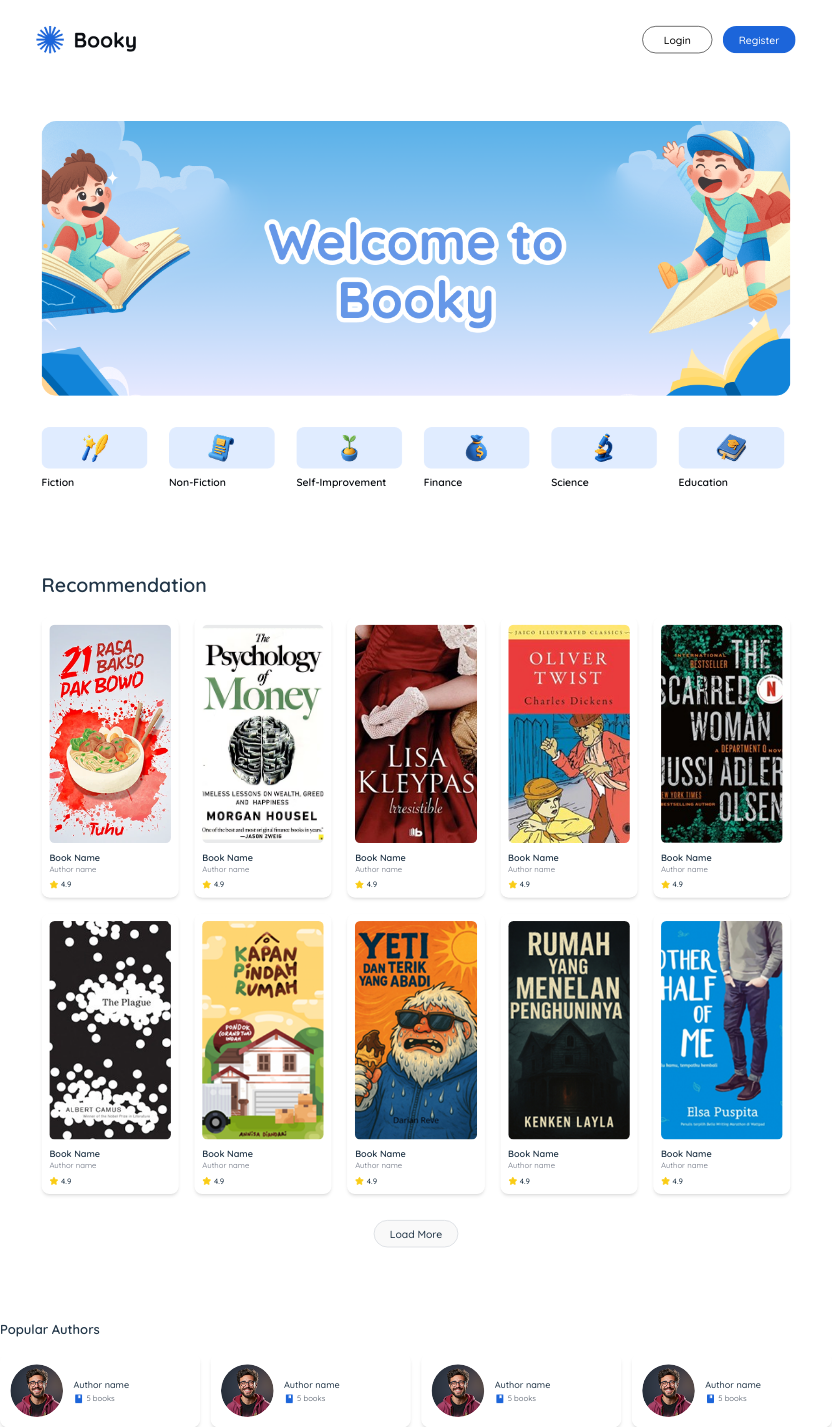
Repository: faridsyafaat/library-app
Page: /
These files come from the project's save history. The page is drawn as it stood at one moment and after the next save; the edit follows.
The browser window is 1280 px wide. The pictures show the whole page, at 65% of full size.
The project was rebuilt for these pictures with package versions that can differ from the ones it lists, and the page was loaded fresh each time. Also part of the build but not shown: vite.config.ts, src/pages/Login.tsx, src/pages/Register.tsx.

Above is the page before, as saved 2025-11-24 21:09:34.

### index.html
<!doctype html>
<html lang="en">
  <head>
    <meta charset="UTF-8" />
    <link rel="icon" type="image/svg+xml" href="/vite.svg" />
    <meta name="viewport" content="width=device-width, initial-scale=1.0" />
    <title>library-app</title>
  </head>
  <body>
    <div id="root"></div>
    <script type="module" src="/src/main.tsx"></script>
  </body>
</html>

### src/index.css
@import url('https://fonts.googleapis.com/css2?family=Quicksand:wght@300;400;500;600;700&display=swap');
@tailwind base;
@tailwind components;
@tailwind utilities;

:root {
  font-family: system-ui, Avenir, Helvetica, Arial, sans-serif;
  line-height: 1.5;
  font-weight: 400;
  font-synthesis: none;
  text-rendering: optimizeLegibility;
  -webkit-font-smoothing: antialiased;
  -moz-osx-font-smoothing: grayscale;
}

a {
  font-weight: 500;
  color: #646cff;
  text-decoration: inherit;
}
a:hover {
  color: #535bf2;
}

body {
  margin: 0;
  min-height: 100vh;
  }

h1 {
  font-size: 3.2em;
  line-height: 1.1;
}

button {
  border-radius: 8px;
  border: 1px solid transparent;
  padding: 0.6em 1.2em;
  font-size: 1em;
  font-weight: 500;
  font-family: inherit;
  background-color: #1a1a1a;
  cursor: pointer;
  transition: border-color 0.25s;
}
button:hover {
  border-color: #646cff;
}
button:focus,
button:focus-visible {
  outline: 4px auto -webkit-focus-ring-color;
}

@media (prefers-color-scheme: light) {
  :root {
    color: #213547;
    background-color: #ffffff;
  }
  a:hover {
    color: #747bff;
  }
  button {
    background-color: #f9f9f9;
  }
}

.container-custom {
  max-width: 1200px;
  margin-left: auto;
  margin-right: auto;
  padding-left: 1rem;
  padding-right: 1rem;
}

@layer base {
  body {
    @apply font-quicksand;
  }
}

### src/App.tsx
import { BrowserRouter as Router, Routes, Route, } from "react-router-dom";
import HomeBefore from "./pages/HomeBefore";
import Login from "./pages/Login";
import Register from "./pages/Register";


function App() {


  return (
    <Router>
      <Routes>
        <Route path="/" element={<HomeBefore />} />
        <Route path="/login" element={<Login />} />
        <Route path="/register" element={<Register />} />

      </Routes>
    </Router>
  );
}

export default App;

### src/pages/HomeBefore.tsx
import NavbarBefore from "@/components/layout/NavbarBefore";
import HeroSection from "@/components/sections/HeroSection";
import RecommendationSection from "@/components/sections/RecommendationSection";
import AuthorsSection from "@/components/sections/AuthorsSection";

export default function HomeBefore() {
  return (
    <div>
      <NavbarBefore />
      <HeroSection />
      <RecommendationSection />
      <AuthorsSection />

    </div>
  );
}

### src/components/layout/NavbarBefore.tsx
import Button from "@/components/ui/Button";
import { useNavigate } from "react-router-dom";

export default function NavbarBefore() {
  const navigate = useNavigate();

  return (
    <nav className="sticky top-0 z-50 bg-white">
      <div className="container mx-auto flex justify-between items-center py-10 px-4">
        {/* Logo */}
        <div className="flex items-left gap-2">
          <img src="/icon/booky.png" alt="Booky Logo" className="w-[155px] h-[42px]" />
        </div>

        {/* Buttons */}
        <div className="flex gap-4">
          <Button
            variant="outline"
            className="bg-white text-black border border-neutral-800 px-8 py-2"
            onClick={() => navigate("/login")}
          >
            Login
          </Button>
          <Button
            variant="default"
            className="px-10 py-2"
            onClick={() => navigate("/register")}
          >
            Register
          </Button>
        </div> {/* Tutup div buttons */}
      </div> {/* Tutup div container */}
    </nav>
  );
}

### src/components/sections/HeroSection.tsx

const bookCategories = [
  { name: "Fiction", img: "/image/hero1.png" },
  { name: "Non-Fiction", img: "/image/hero2.png" },
  { name: "Self-Improvement", img: "/image/hero3.png" },
  { name: "Finance", img: "/image/hero4.png" },
  { name: "Science", img: "/image/hero5.png" },
  { name: "Education", img: "/image/hero6.png" },
];

export default function HeroSection() {
  return (
    <section className="bg-white py-16">
      <div className="container mx-auto px-6">
        {/* Hero Image */}
        <div className="w-full">
          <img
            src="/image/herosection.png"
            alt="Hero Background"
            className="w-full h-auto rounded-xl"
          />
        </div>

        {/* Jenis Buku */}
       <div className="mt-12 grid grid-cols-3 sm:grid-cols-3 md:grid-cols-6 gap-6">
  {bookCategories.map((book) => (
    <div
      key={book.name}
      className="flex flex-col items-start cursor-pointer hover:scale-105 transition-transform"
    >
      <img
        src={book.img}
        alt={book.name}
        className="w-[162.67px] h-[64px] object-cover rounded-lg mb-2"
      />
      <span className="text-[#0A0D12] font-semibold">{book.name}</span>
    </div>
  ))}
</div>

      </div>
    </section>
  );
}

### src/components/sections/RecommendationSection.tsx
import { Star } from "lucide-react";

const books = [
  {
    title: "Book Name",
    author: "Author name",
    rating: 4.9,
    img: "/image/book1.png",
  },
  {
    title: "Book Name",
    author: "Author name",
    rating: 4.9,
    img: "/image/book2.png",
  },
  {
    title: "Book Name",
    author: "Author name",
    rating: 4.9,
    img: "/image/book3.png",
  },
  {
    title: "Book Name",
    author: "Author name",
    rating: 4.9,
    img: "/image/book4.png",
  },
  {
    title: "Book Name",
    author: "Author name",
    rating: 4.9,
    img: "/image/book5.png",
  },
  {
    title: "Book Name",
    author: "Author name",
    rating: 4.9,
    img: "/image/book6.png",
  },
  {
    title: "Book Name",
    author: "Author name",
    rating: 4.9,
    img: "/image/book7.png",
  },
  {
    title: "Book Name",
    author: "Author name",
    rating: 4.9,
    img: "/image/book8.png",
  },
  {
    title: "Book Name",
    author: "Author name",
    rating: 4.9,
    img: "/image/book9.png",
  },
  {
    title: "Book Name",
    author: "Author name",
    rating: 4.9,
    img: "/image/book10.png",
  },
];

export default function RecommendationSection() {
  return (
    <section className="py-16 bg-white">
      <div className="container mx-auto px-6">

        {/* Title */}
        <h2 className="text-3xl font-semibold mb-8">Recommendation</h2>

        {/* Grid Books */}
        <div className="grid grid-cols-2 sm:grid-cols-3 md:grid-cols-5 gap-6">
          {books.map((book, index) => (
            <div
              key={index}
              className="bg-white shadow-md rounded-xl p-3 cursor-pointer hover:scale-105 transition-transform"
            >
              <img
                src={book.img}
                alt={book.title}
                className="h-[336px] w-[224] object-cover rounded-lg"
              />

              <h3 className="mt-3 text-sm font-semibold">{book.title}</h3>
              <p className="text-xs text-gray-500">{book.author}</p>

              <div className="flex items-center gap-1 mt-2">
                <Star size={14} fill="#FACC15" color="#FACC15" />
                <span className="text-xs font-medium">{book.rating}</span>
              </div>
            </div>
          ))}
        </div>

        {/* Load More Button */}
        <div className="flex justify-center mt-10">
          <button className="px-6 py-2 rounded-full border border-gray-300 hover:bg-gray-100 transition">
            Load More
          </button>
        </div>
      </div>
    </section>
  );
}

### src/components/sections/AuthorsSection.tsx
const authors = [
  {
    id: 1,
    name: "Author name",
    books: "5 books",
    image: "/image/author.png",
  },
  {
    id: 2,
    name: "Author name",
    books: "5 books",
    image: "/image/author.png",
  },
  {
    id: 3,
    name: "Author name",
    books: "5 books",
    image: "/image/author.png",
  },
  {
    id: 4,
    name: "Author name",
    books: "5 books",
    image: "/image/author.png",
  },
];

export default function AuthorsSection() {
  return (
    <section className="mt-12">
      <h2 className="text-xl font-semibold mb-6">Popular Authors</h2>

      <div className="grid grid-cols-1 gap-4 md:grid-cols-2 lg:grid-cols-4">
        {authors.map((author) => (
          <div
            key={author.id}
            className="shadow-md rounded-xl p-4 flex items-center gap-4"
          >
            {/* FOTO AUTHOR */}
            <img
              src={author.image}
              alt={author.name}
              className="w-[81px] h-[81px] rounded-full object-cover"
            />

            {/* TEKS */}
            <div>
              <p className="font-medium text-sm">{author.name}</p>

              {/* ICON BUKU + JUMLAH */}
              <div className="flex items-center gap-1 mt-1 text-gray-600">
                <img
                  src="/image/book.png"
                  alt="book icon"
                  className="w-4 h-4 object-contain"
                />
                <span className="text-xs">{author.books}</span>
              </div>
            </div>
          </div>
        ))}
      </div>
    </section>
  );
}

### src/components/ui/Button.tsx
import React from "react";
import clsx from "clsx";

interface ButtonProps extends React.ButtonHTMLAttributes<HTMLButtonElement> {
  variant?: "default" | "outline" | "short";
  size?: "sm" | "md" | "lg";
}

const Button: React.FC<ButtonProps> = ({
  variant = "default",
  className,
  children,
  ...props
}) => {
  const baseStyle = "inline-flex items-center justify-center font-medium focus:outline-none rounded-full disabled:opacity-50 disabled:pointer-events-none";

  const variants: Record<string, string> = {
    default: "bg-[#1C65DA] text-white px-6 py-2 hover:bg-blue-600",
    outline: "border border-gray-800 text-black bg-white px-6 py-2 hover:bg-gray-100",
    short: "px-4 py-2 rounded-md text-sm",
  };

  return (
    <button className={clsx(baseStyle, variants[variant], className)} {...props}>
      {children}
    </button>
  );
};

export default Button;

### tailwind.config.js
/** @type {import('tailwindcss').Config} */
module.exports = {
  content: [
    "./index.html",
    "./src/**/*.{js,ts,jsx,tsx}",
  ],
  theme: {
    extend: {
      fontFamily: {
        quicksand: ["Quicksand", "sans-serif"],
      },
    },
    container: {
      center: true,
      padding: '1rem',
      screens: {
        sm: "640px",
        md: "768px",
        lg: "1200px", // container lg = 1200px
        xl: "1200px",
        "2xl": "1200px"
      }
    }
  },
  plugins: [],
};

Loaded but not shown: src/main.tsx (common file)

After the next save:
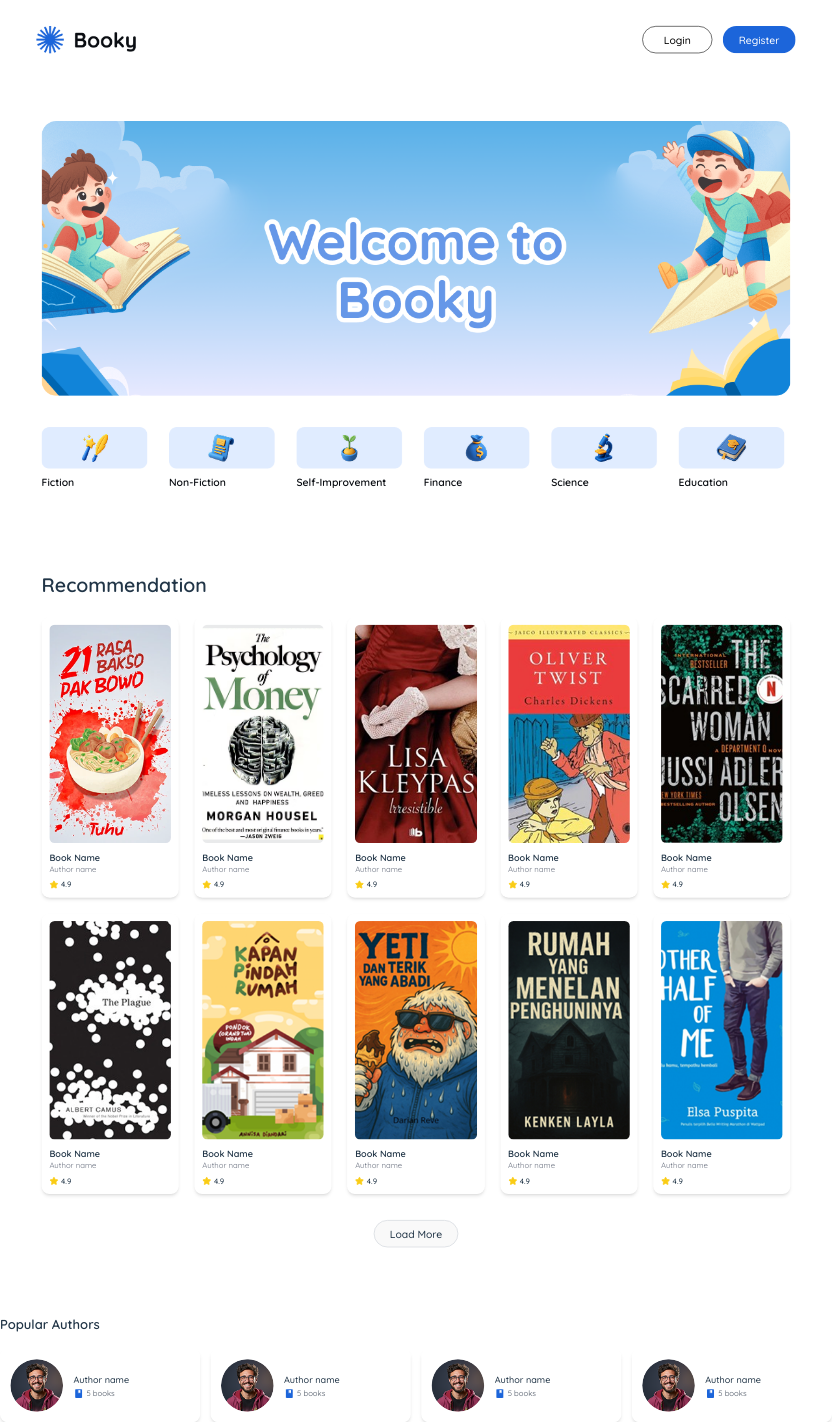
Saved 9 s later.
--- a/src/components/sections/AuthorsSection.tsx
+++ b/src/components/sections/AuthorsSection.tsx
@@ -27,7 +27,7 @@
 
 export default function AuthorsSection() {
   return (
-    <section className="mt-12">
+    <section className="mt-10">
       <h2 className="text-xl font-semibold mb-6">Popular Authors</h2>
 
       <div className="grid grid-cols-1 gap-4 md:grid-cols-2 lg:grid-cols-4">
